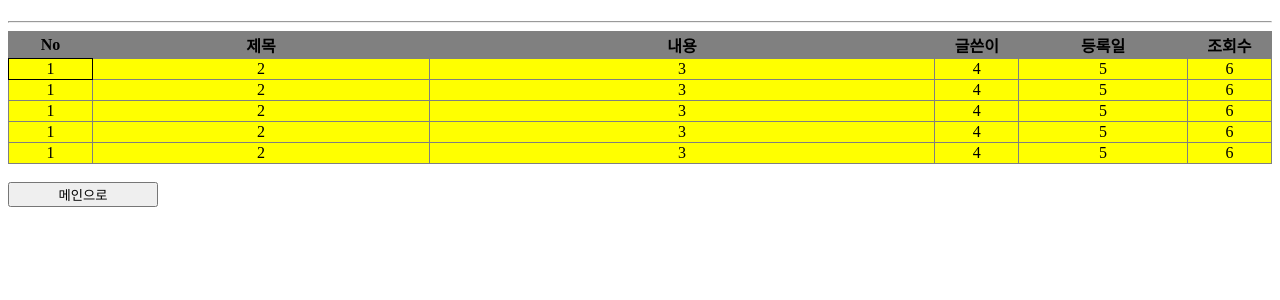
Repository: jeonghyunseok/GMSUI
Page: GMSUI/WebContent/board/board_list.html
These files come from the project's save history. The page is drawn as it stood at one moment and after the next save; the edit follows.
The browser window is 1280 px wide. The pictures show the whole page.

Above is the page before, as saved 2017-07-19 08:08:34.

### GMSUI/WebContent/board/board_list.html
<!DOCTYPE html>
<html>
<head>
<meta charset="UTF-8">
<title>board_list</title>
<style>
.text-center{text-align:center}
.border-black{border: 1px solid black}
.width-30pro{width:30%;}
.text-deconone{text-decoration: none}
.margine-0auto{margin:0 auto}
.list-none{list-style-type:none}
.display-inline{display: inline-block}
.color-green{color:green}
.backcolor-yellow{background-color:yellow}
.color-blue{color:blue}
.backcolor-red{background-color:red}
.border-collapse{border-collapse: collapse}
</style>

</head>
<body>
<h1></h1>
<hr/>
<table border=1; style="width: 100%; " class="border-collapse text-center">
		<tr style="background-color: gray">
		<th style="width: 5%;">No</th>
		<th style="width: 20%;">제목</th>
		<th style="width: 30%;">내용</th>
		<th style="width: 5%;">글쓴이</th>
		<th style="width: 10%;">등록일</th>
		<th style="width: 5%;">조회수</th>
	</tr>
		<tr style="width:10%;background-color:yellow">
		<td style="border: 1px solid black;">1</td>
		<td >2</td>
		<td >3</td>
		<td >4</td>
		<td >5</td>
		<td >6</td>
	</tr>
		<tr style="width: 10%;background-color: yellow">
		<td >1</td>
		<td >2</td>
		<td >3</td>
		<td >4</td>
		<td >5</td>
		<td >6</td>

	</tr>
		<tr style="width: 10%;background-color: yellow">
		<td >1</td>
		<td >2</td>
		<td >3</td>
		<td >4</td>
		<td >5</td>
		<td >6</td>

	</tr>
		<tr style="width: 10%;background-color: yellow">
		<td >1</td>
		<td >2</td>
		<td >3</td>
		<td >4</td>
		<td >5</td>
		<td >6</td>

	</tr>
		<tr style="width: 10%;background-color: yellow">
		<td >1</td>
		<td >2</td>
		<td >3</td>
		<td >4</td>
		<td >5</td>
		<td >6</td>
	</tr>
</table><br />
<button style="width: 150px" onclick="window.location.href='../index.html'">메인으로</button>
</body>
</html>

After the next save:
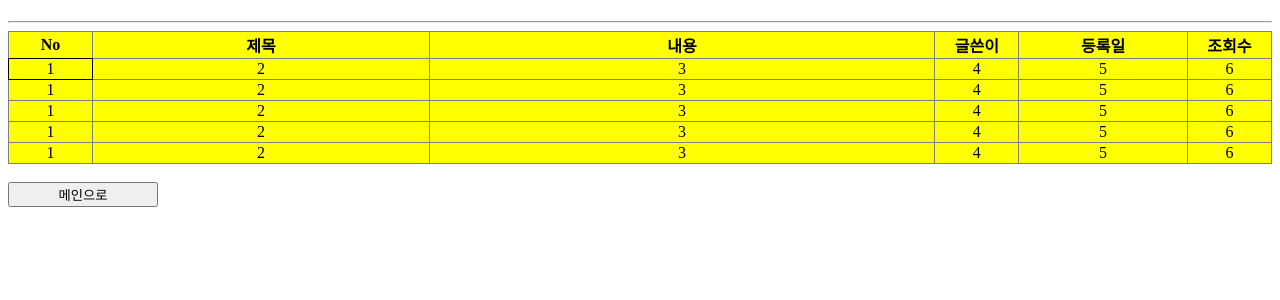
Saved 30 s later.
--- a/GMSUI/WebContent/board/board_list.html
+++ b/GMSUI/WebContent/board/board_list.html
@@ -23,7 +23,7 @@
 <h1></h1>
 <hr/>
 <table border=1; style="width: 100%; " class="border-collapse text-center">
-		<tr style="background-color: gray">
+		<tr class="backcolor-yellow">
 		<th style="width: 5%;">No</th>
 		<th style="width: 20%;">제목</th>
 		<th style="width: 30%;">내용</th>
